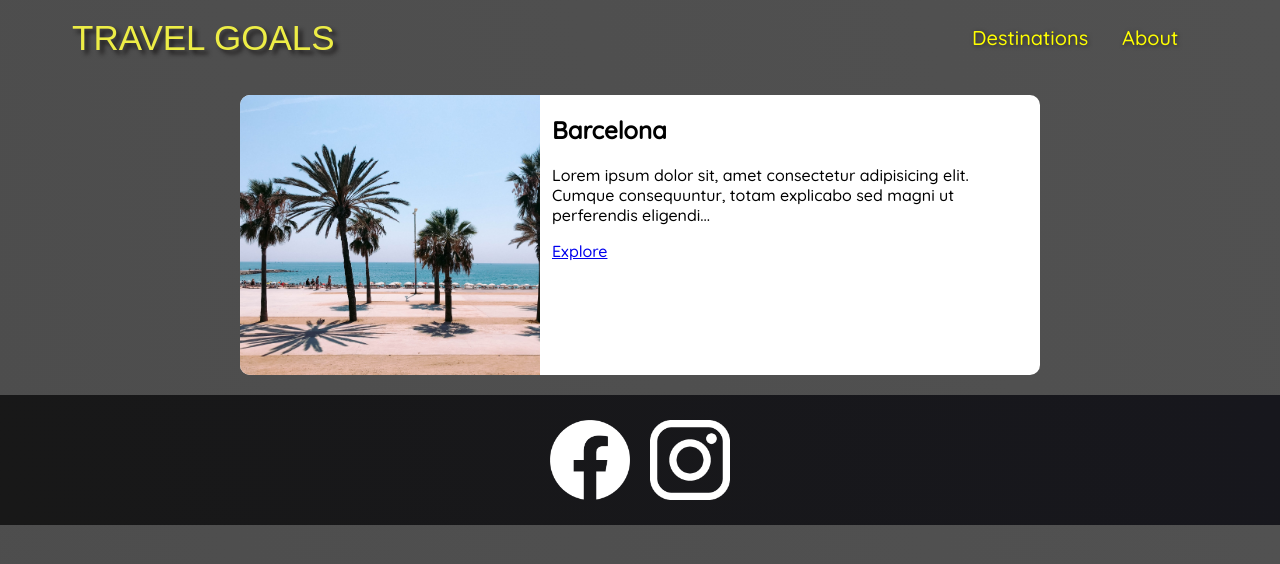
Repository: MicTomm/Travel-Goals
Page: places.html
These files come from the project's save history. The page is drawn as it stood at one moment and after the next save; the edit follows.
The browser window is 1280 px wide. The pictures show the whole page.
Some web fonts or font styles are not loaded; a fallback is used.

Above is the page before, as saved 2023-06-08 20:29:48.

### places.html
<!DOCTYPE html>
<html lang="it">

<head>
    <meta charset="UTF-8">
    <title>Travel Goals</title>
    <link rel="stylesheet"
        href="https://fonts.googleapis.com/css2?family=Raleway:wght@700&family=Oleo+Script:wght@700&family=Quicksand:wght@300;500&display=swap">
    <link href="/styles/shared.css" rel="stylesheet">
    <link href="/styles/places.css" rel="stylesheet">
</head>

<body>
    <header>
        <div id="logo">
            <a href="/index.html">Travel Goals</a>
        </div>
        <nav>
            <ul>
                <li><a href="/places.html">Destinations</a></li>
                <li><a href="">About</a></li>
            </ul>
        </nav>
    </header>
    <main>
        <ul>
            <li>
                <img src="images/places/barcelona.jpg" alt="Barcelona">
                <div class="card-content">
                    <h2>Barcelona</h2>
                    <p>Lorem ipsum dolor sit, amet consectetur adipisicing elit. Cumque consequuntur, totam explicabo sed magni ut perferendis eligendi...</p>
                    <div class="card-link">
                        <a href="https://en.wikipedia.org/wiki/Barcelona">Explore</a>
                    </div>
                </div>
            </li>
        </ul>
    </main>
    <footer>
        <ul>
            <li>
                <a href="https://www.facebook.com/" title="facebook">
                    <img src="/images/icons/facebook.png" alt="facebook-icon">
                </a>
            </li>
            <li>
                <a href="https://www.instagram.com/" title="instagram">
                    <img src="/images/icons/insta.png" alt="instagram-icon">
                </a>
            </li>
    </footer>
</body>

</html>

### styles/shared.css
body {
    margin: 0px;
    font-family: 'Quicksand', sans-serif;
}

ul {
    list-style: none;
    padding: 0px;
    margin: 0px;
}

header {
    display: flex;
    justify-content: space-between;
    align-items: center;
    padding: 15px 60px;
    position: absolute;
    width: 100%;
    top: 0;
    left: 0;
    box-sizing: border-box;
}

header ul {
    margin: 10px;
    display: flex;
    justify-content: space-between;
    width: 250px;
}

header li {
    width: 100px;
}

header a {
    color: yellow;
    text-decoration: none;
    font-size: 20px;
    padding: 12px;
    text-shadow: 1px 1px 4px rgba(0, 0, 0, 0.5);
}

header a:hover {
    background-color: yellow;
    box-shadow: 2px 2px 4px rgba(0, 0, 0, 0.5);
    color: rgb(67, 60, 60);
    text-shadow: 1px 1px 2px rgb(0, 0, 0, 0.5);
    border-radius: 8px;
}

footer{
    background: linear-gradient(70deg, rgb(24, 24, 24), rgb(23, 23, 29));
    padding: 25px;
}

footer ul{
    display: flex;
    justify-content: center;
}

footer li{
    width: 80px;
    height: 80px;
    margin: 0px 10px;
}

footer img{
    width: 100%;
    height: 100%;
}

#logo a {
    font-family: 'Oleo script', sans-serif;
    font-size: 35px;
    text-decoration: none;
    color: rgb(237, 237, 70);
    text-shadow: 4px 4px 4px rgb(31, 29, 29);
    text-transform: uppercase;
}

#logo a:hover {
    background-color: transparent;

}

### styles/places.css
body {
    background: linear-gradient(77deg, rgb(77, 77, 77), rgb(81, 81, 81));
}

/*
    position: static sovrascrive il comportamento impostato per l'header nel file shared.css, al fine
    di evitare la sovrapposizione delle prime card sull'header
*/
header {
    position: static;
}

main ul {
    width: 800px;
    margin: 20px auto;
    box-shadow: 2px, 2px, 4px, black;
}

main li {
    display: flex;
    background-color: white;
    border-radius: 10px;
    overflow: hidden;
}

main li img {
    height: 280px;
    width: 300px;
    object-fit: cover;
}

.card-content{
    margin: 0px 12px;
}

.card-link{
    text-decoration: none;
}

After the next save:
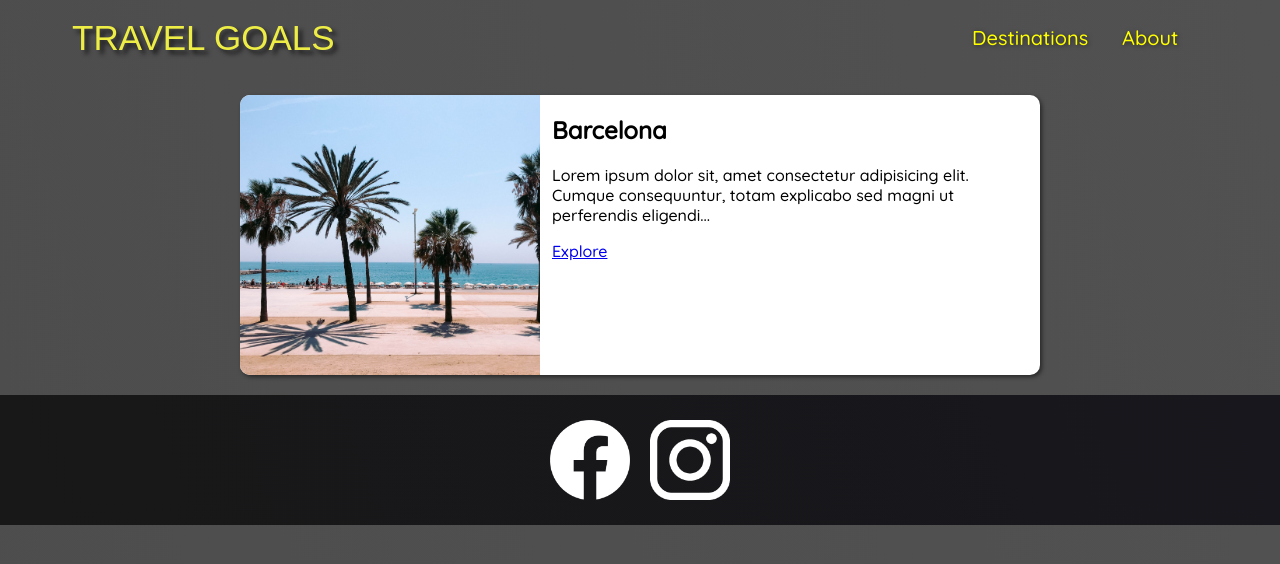
Saved 53 s later.
--- a/styles/places.css
+++ b/styles/places.css
@@ -13,7 +13,6 @@ header {
 main ul {
     width: 800px;
     margin: 20px auto;
-    box-shadow: 2px, 2px, 4px, black;
 }
 
 main li {
@@ -21,6 +20,7 @@ main li {
     background-color: white;
     border-radius: 10px;
     overflow: hidden;
+    box-shadow: 2px 2px 4px rgba(0, 0, 0, 0.5);
 }
 
 main li img {
